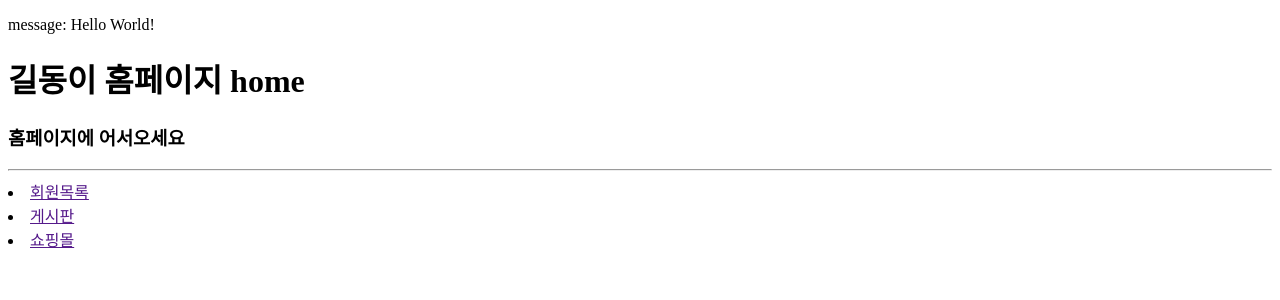
Repository: YUZ9090/ServletExercise
Page: http://localhost/day02_mvc_proj/home.do
The author's editor kept a copy of each file at every save. The page is drawn from the files as they stood at one save, then again after the next save.
The browser window is 1280 px wide. The pictures show the whole page.
The page is served by Tomcat 9.

Above is the page before, as saved 2022-08-17 02:46:59.

After the next save:
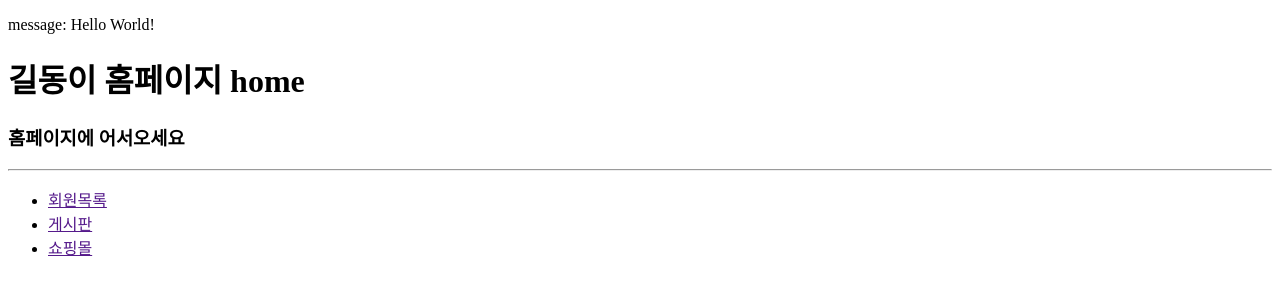
Saved 40 s later.
--- a/day02_mvc_proj/WebContent/WEB-INF/views/home.jsp
+++ b/day02_mvc_proj/WebContent/WEB-INF/views/home.jsp
@@ -16,6 +16,7 @@
 <h1> 길동이 홈페이지 home</h1>
 <h3>홈페이지에 어서오세요</h3>
 <hr/>
+<ul>
 <%
 Map items = (Map)request.getAttribute("items");
 Set keys = items.keySet();
@@ -30,6 +31,7 @@ while(iterator.hasNext()){
 <%
 }
 %>
+</ul>
 
 </body>
 </html>
